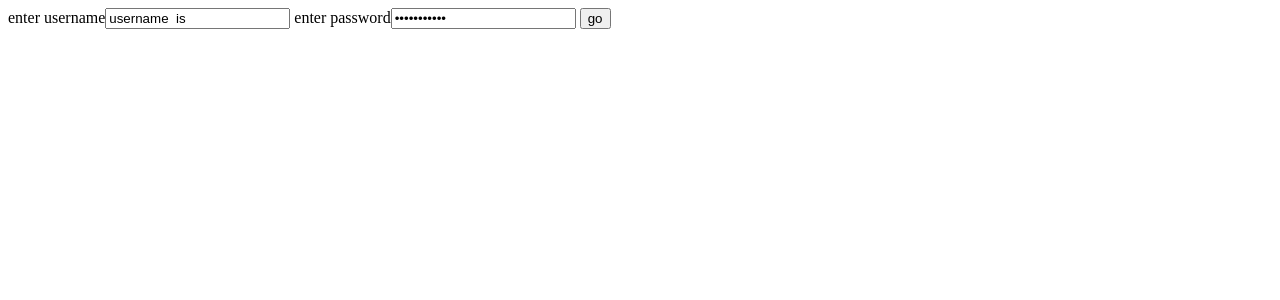
Repository: heenasalim/Java_Script
Page: HtttpSession/WebContent/LoginWithCookie.html
The author's editor kept a copy of each file at every save. The page is drawn from the files as they stood at one save, then again after the next save.
The browser window is 1280 px wide. The pictures show the whole page.

Above is the page before, as saved 2015-10-14 07:50:32.

### HtttpSession/WebContent/LoginWithCookie.html
<!DOCTYPE html PUBLIC "-//W3C//DTD HTML 4.01 Transitional//EN" "http://www.w3.org/TR/html4/loose.dtd">
<html>
<head>
<meta http-equiv="Content-Type" content="text/html; charset=ISO-8859-1">
<title>Insert title here</title>
</head>
<body>
<form  action="Cookie1"  method="post">
enter  username<input  type="text"   name="user"   value="username  is"/>
enter   password<input  type="password"  name="pass"   value="enter  pass"  />
<input type="submit"  name=submit   value="go"  />
</form>
</body>
</html>

After the next save:
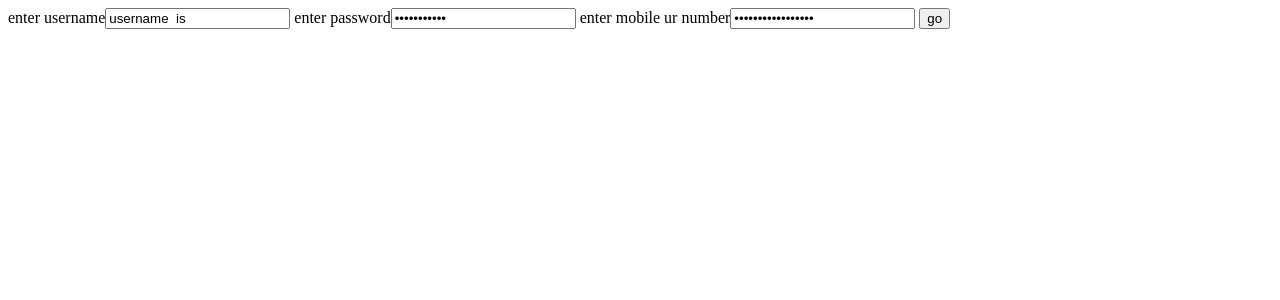
Saved 30 s later.
--- a/HtttpSession/WebContent/LoginWithCookie.html
+++ b/HtttpSession/WebContent/LoginWithCookie.html
@@ -8,6 +8,7 @@
 <form  action="Cookie1"  method="post">
 enter  username<input  type="text"   name="user"   value="username  is"/>
 enter   password<input  type="password"  name="pass"   value="enter  pass"  />
+enter  mobile   ur  number<input  type="password"  name="pass"   value="enter  mobile  no"  />
 <input type="submit"  name=submit   value="go"  />
 </form>
 </body>
